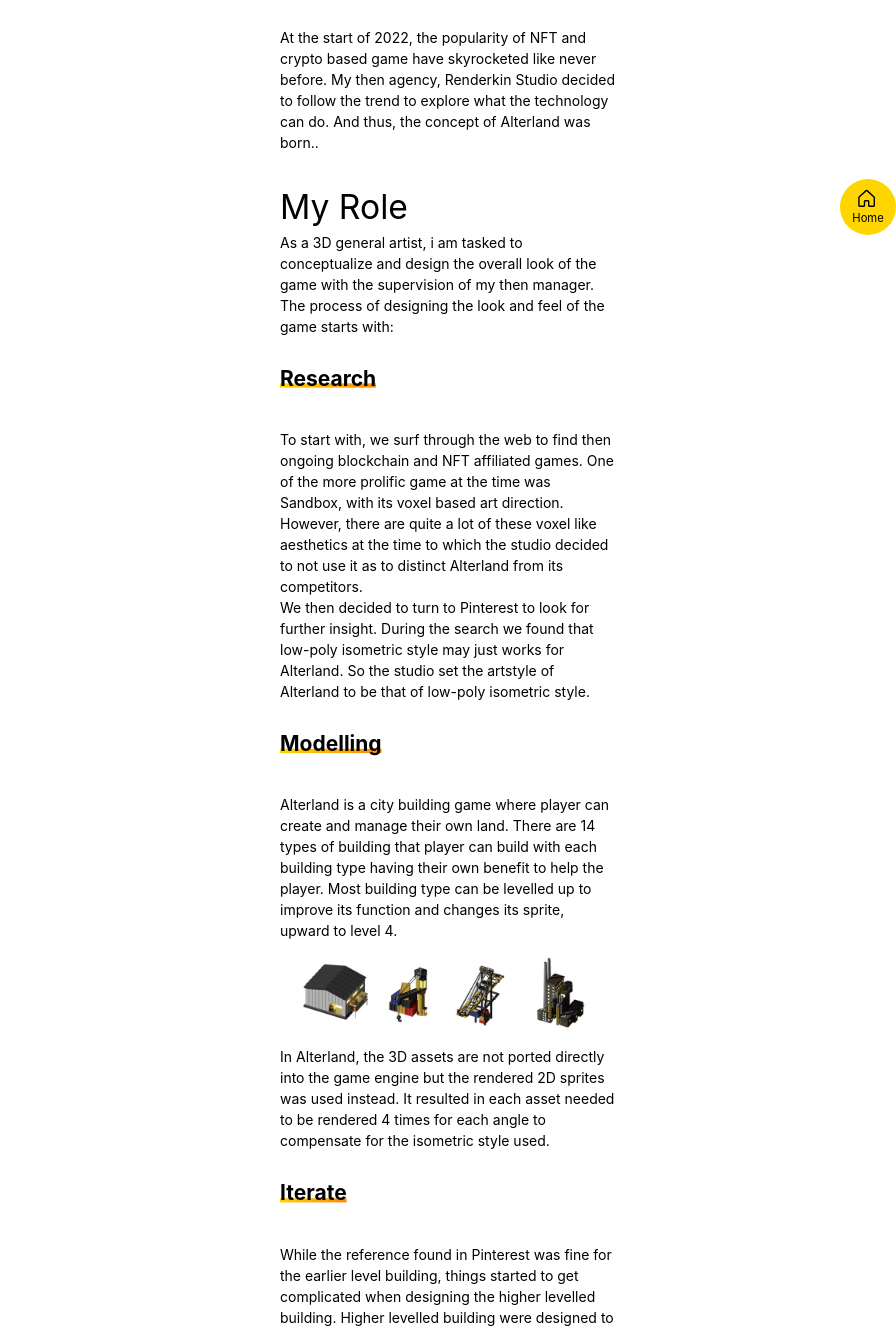
Repository: thortato/thortato.github.io
Page: /Alterland
An editor plug-in stored every save of this project. The page is shown before and after a run of saves, followed by the edit.
The browser window is 1280 px wide. The pictures show the part of the page from y = 384 to 2284 px (the page is 3850 px tall), at 70% of full size.
The project was rebuilt for these pictures with package versions that can differ from the ones it lists, and the page was loaded fresh each time. Also part of the build but not shown: src/App.css, src/Pages/Sidebar.js, src/Components/HeroImage.js, src/Pages/HeroSection.js, src/Pages/About.js, src/Components/Card.js, src/Pages/Works.js, src/Pages/ContactMe.js and 2 more.

Above is the page before, as saved 2023-10-04 20:05:05.

After the next 2 saves:
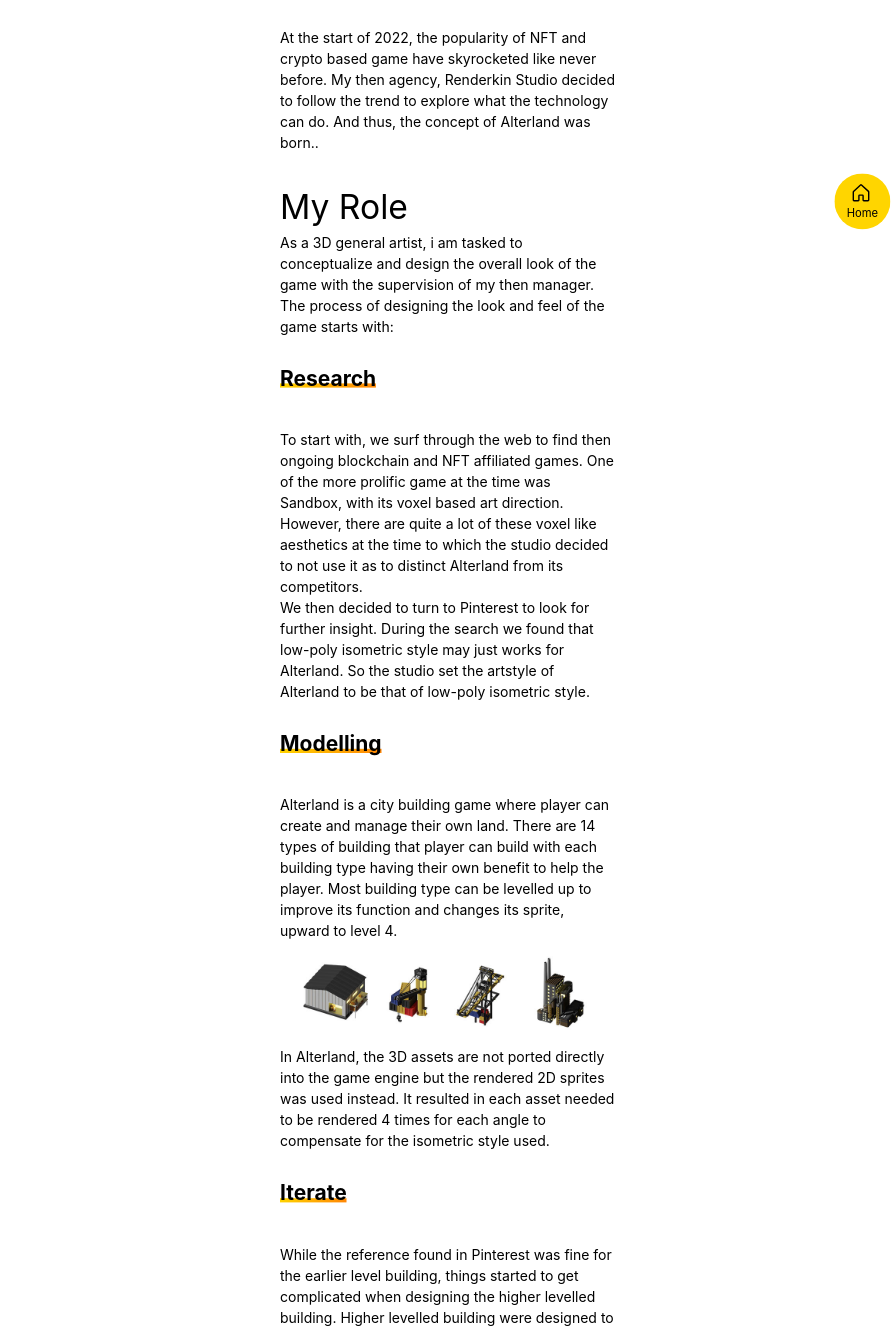
The 2 saves are shown as one change because they came seconds apart.
The last was saved 11 s later.
--- a/src/Components/HomeButton.js
+++ b/src/Components/HomeButton.js
@@ -3,7 +3,7 @@
 
 export const HomeButton = () =>{
     return(
-        <div className="bg-amber w-20 h-20 mx-auto rounded-full fixed bottom-0 right-0 flex items-center justify-center z-50" >
+        <div className="bg-amber w-20 h-20 mx-auto rounded-full fixed bottom-2 right-2 flex items-center justify-center z-50" >
             <Link to="/">
             <House className="ml-1" size={32}/>
             Home
